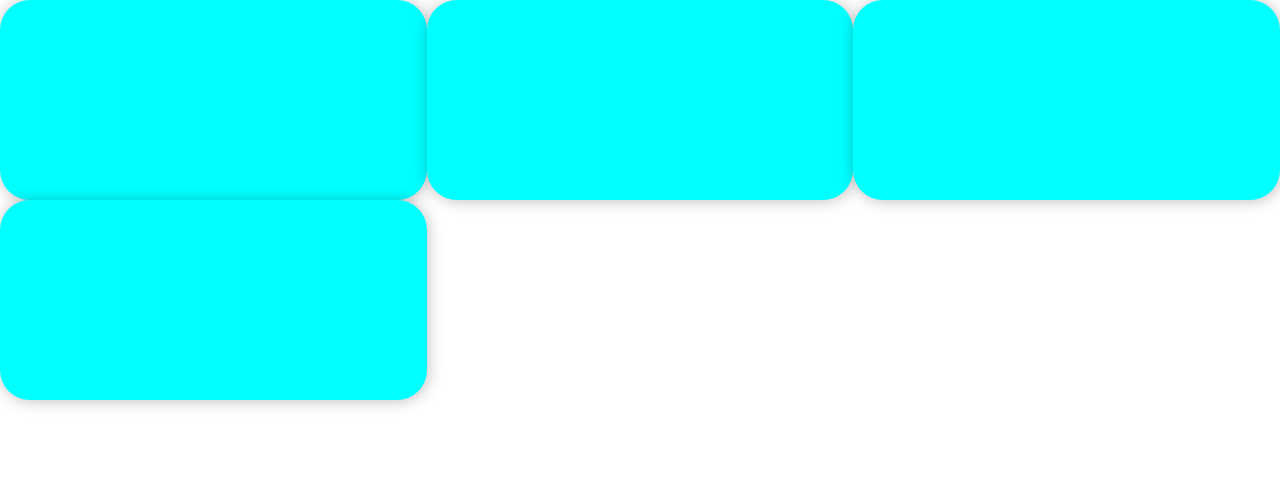
Repository: AytacSafarova/Grid-template
Page: index.html
These files come from the project's save history. The page is drawn as it stood at one moment and after the next save; the edit follows.
The browser window is 1280 px wide. The pictures show the whole page.

Above is the page before, as saved 2023-05-06 18:34:54.

After the next save:
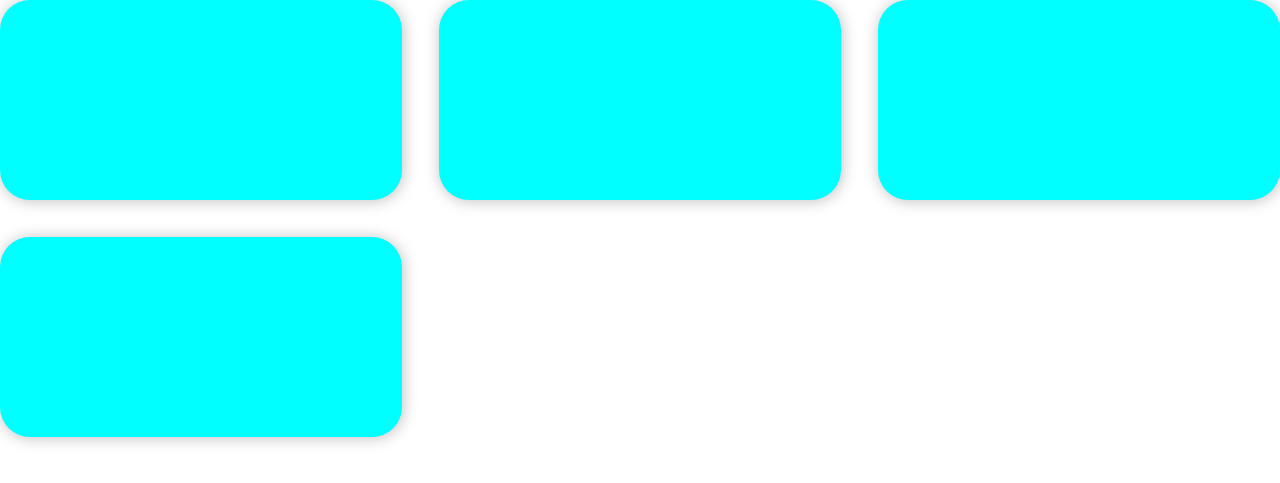
Saved 4 s later.
--- a/index.css
+++ b/index.css
@@ -7,7 +7,7 @@
 .container{
 display: grid;
 grid-template-columns: 0.9fr 0.9fr 0.9fr;
-grid-ga
+grid-gap:37px
 
 }
 .card{
